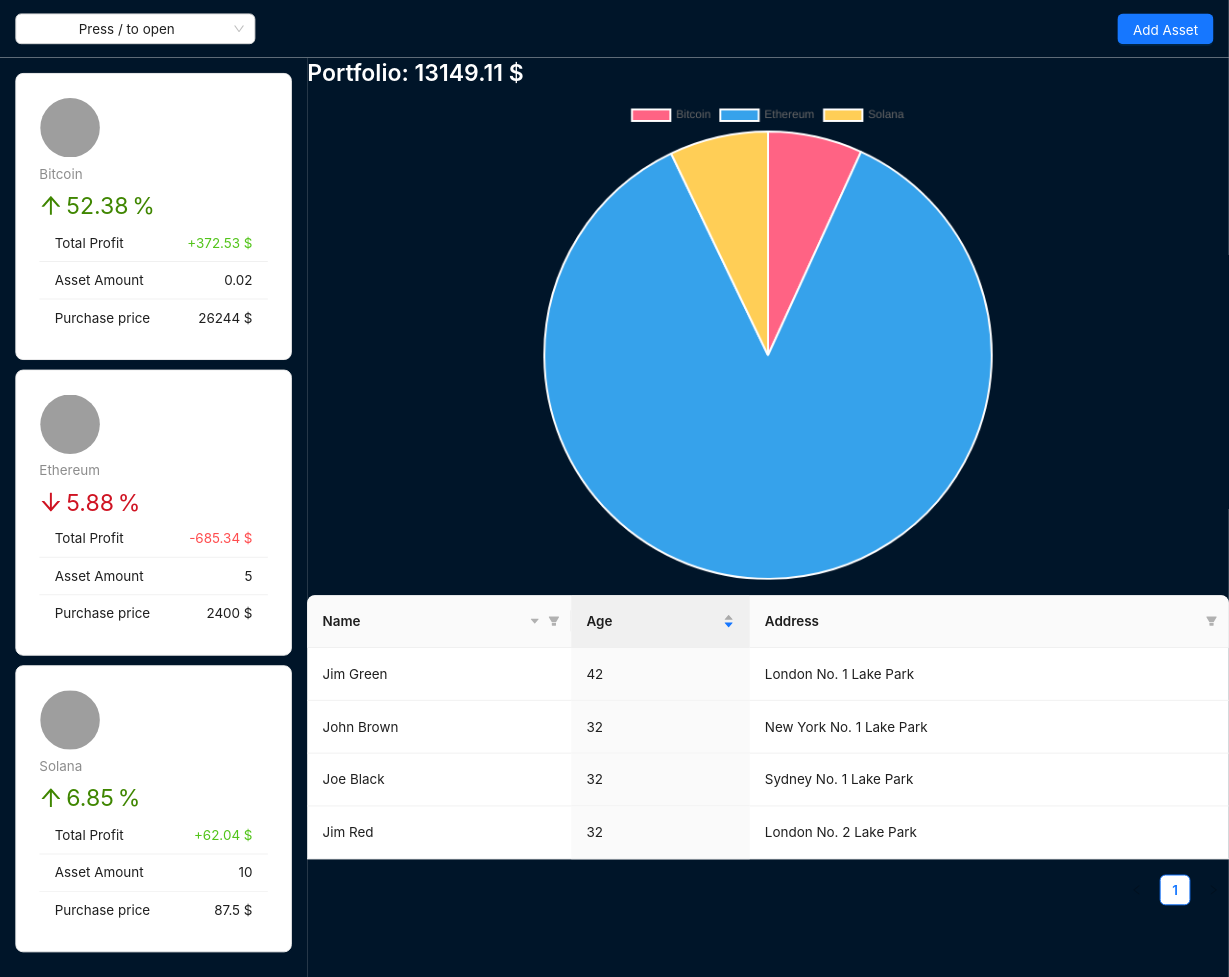
Repository: Vadia23/React-Crypto-App
Page: /
These files come from the project's save history. The page is drawn as it stood at one moment and after the next save; the edit follows.
The browser window is 1280 px wide. The pictures show the whole page, at 96% of full size.
Pictures or frames that could not be fetched are drawn as grey boxes. The project was rebuilt for these pictures with package versions that can differ from the ones it lists, and the page was loaded fresh each time. Also part of the build but not shown: vite.config.js, src/components/CoinInfo.jsx, src/components/CoinInfoModal.jsx, src/components/AddAssetForm.jsx, src/components/layout/AppConten.jsx.

Above is the page before, as saved 2024-02-28 17:37:14.

After the next save:
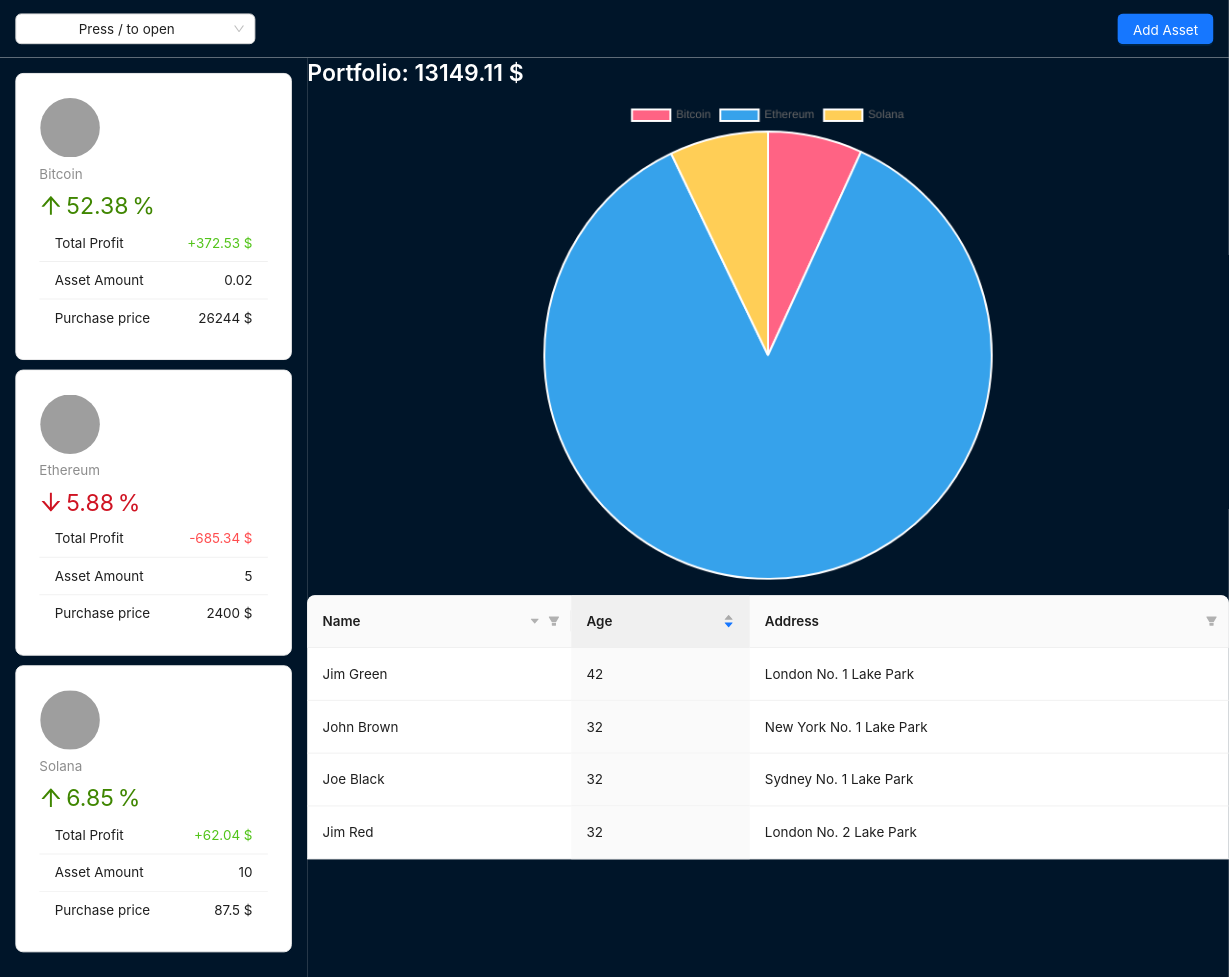
Saved 94 s later.
--- a/src/components/AssetsTable.jsx
+++ b/src/components/AssetsTable.jsx
@@ -86,5 +86,12 @@
 };
 
 export default function AssetsTable() {
-  return <Table columns={columns} dataSource={data} onChange={onChange} />;
+  return (
+    <Table
+      pagination={false}
+      columns={columns}
+      dataSource={data}
+      onChange={onChange}
+    />
+  );
 }
